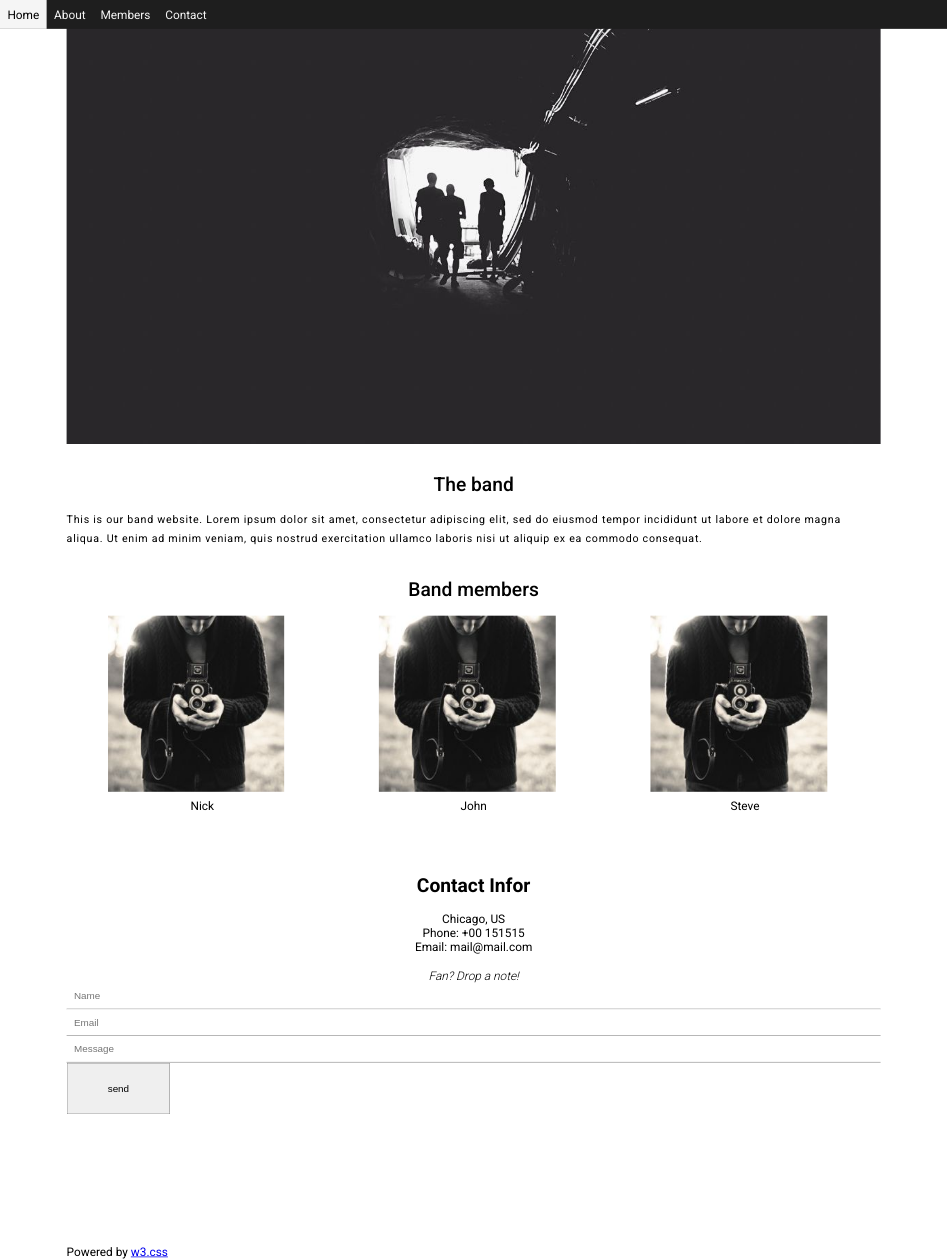
Repository: hieu-22/w3_band_UI
Page: index.html
These files come from the project's save history. The page is drawn as it stood at one moment and after the next save; the edit follows.
The browser window is 1280 px wide. The pictures show the whole page, at 74% of full size.

Above is the page before, as saved 2022-12-30 10:32:17.

After the next save:
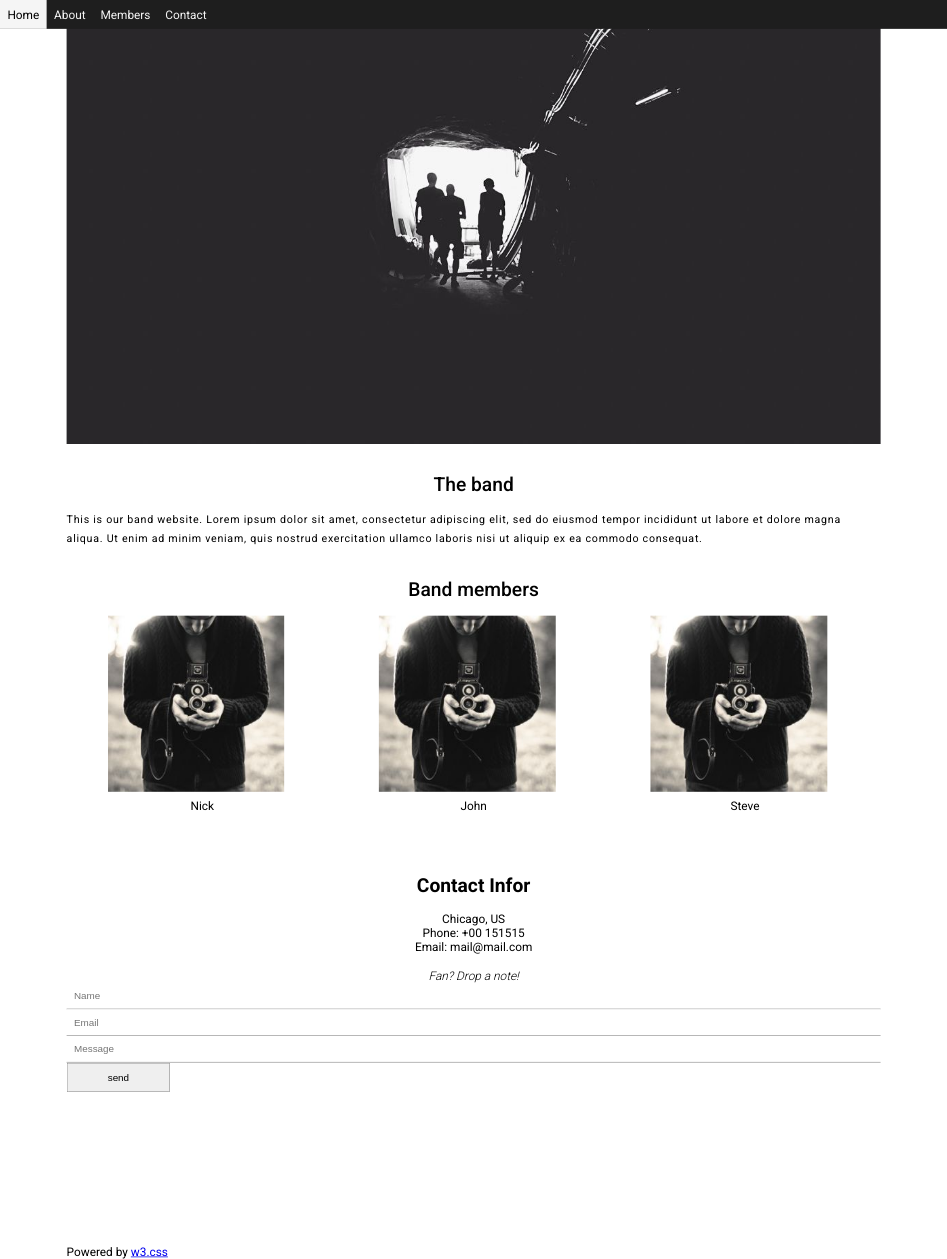
Saved 11 s later.
--- a/assets/css/style.css
+++ b/assets/css/style.css
@@ -134,5 +134,5 @@ input:focus {
 
 button {
     width: 140px;
-    height: 70px;
+    height: 40px;
 }
